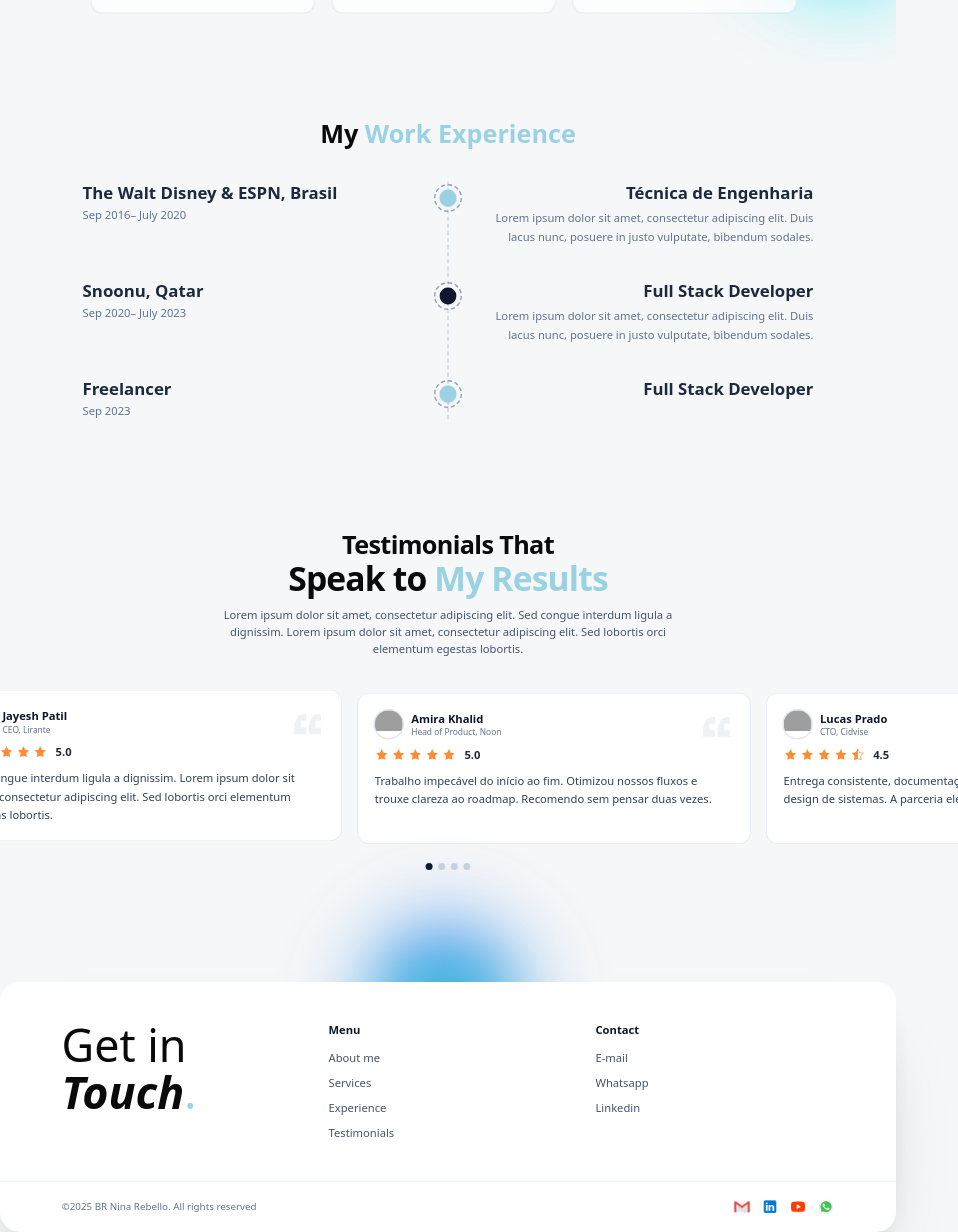
Repository: nina-rebello/portfolio
Page: /
The author's editor kept a copy of each file at every save. The page is drawn from the files as they stood at one save, then again after the next save.
The browser window is 1280 px wide. The page is 1368 px wide, then 1348 px, so the pictures cover 1368 px, including what lies to the right of the window. The pictures show the part of the page from y = 2037 to 3797 px (the page is 3797 px tall), at 70% of full size.
Pictures or frames that could not be fetched are drawn as grey boxes. The project was rebuilt for these pictures with package versions that can differ from the ones it lists, and the page was loaded fresh each time. Some packages were replaced by stand-ins written for this rebuild. The framework's server and built-in components were replaced by stand-ins that run in the browser. Also part of the build but not shown: next.config.ts.

Above is the page before, as saved 2025-09-12 13:24:06.

### app/page.tsx
// app/page.tsx
import Footer from "@/components/footer/Footer";
import Header from "@/components/header/Header";
import AboutMe from "@/components/sections/About";
import Hero from "@/components/sections/Hero";
import Projects from "@/components/sections/Projects";
import Services from "@/components/sections/Services";
import Testimonials from "@/components/sections/Testimonials";
import WorkExperience from "@/components/sections/WorkExperience";

export default function HomePage() {
  return (
    <>
      <Header />
      <main>
        <Hero />
        <AboutMe />
        <Services />
        <Projects />
        <WorkExperience />
        <Testimonials />
      </main>
      <Footer />
    </>
  );
}

### app/globals.css
@import "tailwindcss";
/* app/(styles)/header.css */
:root{
  --bg:#f6f7f8;           /* fundo clarinho do mock */
  --ink:#0a0a0a;          /* texto principal */
  --muted:#4b5563;        /* texto secundário */
  --pill:#ffffff;         /* fundo do header/cta pill */
  --brand:#9ad1e3;        /* azul do “Nina” e estrelas */
}

html,body{background:var(--bg); color:var(--ink);}

/* helpers */
.container-hero{max-width:1100px; margin-inline:auto; padding-inline:clamp(16px,3vw,28px);}
.glass{
  background:var(--pill);
  border:1px solid rgba(0,0,0,.08);
  box-shadow:0 6px 24px rgba(0,0,0,.08);
}
.btn-pill{
  border-radius:9999px; padding:10px 18px; font-weight:600;
  background:#111; color:#fff; border:1px solid rgba(255,255,255,.1);
  transition:transform .15s ease, box-shadow .15s ease, opacity .2s ease;
}
.btn-pill:hover{ transform:translateY(-1px); box-shadow:0 8px 24px rgba(0,0,0,.18);}
.nav-link{ padding:10px 14px; border-radius:12px; font-weight:600; }
.nav-link:hover{ background:rgba(0,0,0,.04); }

.no-scrollbar::-webkit-scrollbar{ display:none; }
.no-scrollbar{ -ms-overflow-style:none; scrollbar-width:none; }

### components/header/Header.tsx
"use client";

import Link from "next/link";
import { useState, useEffect } from "react";
import { Menu, X } from "lucide-react";

const NAV = [
  { label: "About", href: "#about" },
  { label: "Services", href: "#services" },
  { label: "Projects", href: "#projects" },
  { label: "Contact", href: "#contact" },
];

export default function Header() {
  const [open, setOpen] = useState(false);

  // fecha o menu ao navegar/scroll
  useEffect(() => {
    const close = () => setOpen(false);
    window.addEventListener("scroll", close);
    return () => window.removeEventListener("scroll", close);
  }, []);

  return (
    <header className="sticky top-7 z-50">
      <div className="container-hero">
        <div
          className="glass flex items-center justify-between rounded-[32px] px-4 sm:px-6 py-1.5"
          role="navigation"
          aria-label="Primary"
        >
          {/* logo / nome */}
          <Link href="/" className="font-bold tracking-tight text-xl sm:text-2xl">
            Nina
          </Link>

          {/* desktop nav */}
          <nav className="hidden md:flex items-center gap-1">
            {NAV.map((i) => (
              <a key={i.href} href={i.href} className="nav-link">
                {i.label}
              </a>
            ))}
          </nav>

          {/* CTA */}
          <div className="hidden md:block">
            <a href="#contact" className="btn-pill">Let’s Talk</a>
          </div>

          {/* mobile toggle */}
          <button
            aria-label="Abrir menu"
            className="md:hidden p-2 rounded-xl hover:bg-black/5"
            onClick={() => setOpen((v) => !v)}
          >
            {open ? <X /> : <Menu />}
          </button>
        </div>

        {/* mobile sheet */}
        {open && (
          <div className="md:hidden mt-2 glass rounded-3xl p-3">
            <nav className="grid gap-1">
              {NAV.map((i) => (
                <a
                  key={i.href}
                  href={i.href}
                  className="nav-link"
                  onClick={() => setOpen(false)}
                >
                  {i.label}
                </a>
              ))}
              <a href="#contact" className="btn-pill text-center mt-1">
                Let’s Talk
              </a>
            </nav>
          </div>
        )}
      </div>
    </header>
  );
}

### components/sections/About.tsx
export default function AboutMe() {
  return (
    <section id="about" className="bg-[#111] text-white  py-11 sm:py-15 mt-4 sm:mt-20">
      <div className="container-hero text-center">
        <h2 className="text-3xl sm:text-4xl font-extrabold mb-6">
          About Me
        </h2>
        <p className="max-w-2xl mx-auto text-lg text-gray-300 leading-relaxed">
          I’m a passionate website developer focused on building
          clean, responsive, and user-friendly websites.
          {/* <br /> */}
          With strong attention to detail and a love for design,
          I combine creativity with functionality.
        </p>
      </div>
    </section>
  );
}

### components/sections/Hero.tsx
import { Quote, Star } from "lucide-react";

function HelloBubble() {
  return (
    <div className="inline-flex items-center gap-2">
      <span className="inline-flex items-center justify-center rounded-full border px-4 py-2 text-sm font-semibold">
        Hello!
      </span>
    </div>
  );
}

export default function Hero() {
  return (
    <section className="pt-20 sm:pt-28">
      <div className="container-hero">
        {/* bloco principal */}
        <div className="text-center">
          <div className="mb-6 sm:mb-8">
            <HelloBubble />
          </div>

          <p className="text-4xl sm:text-5xl md:text-6xl font-bold tracking-tight">
            I’m{" "}
            <span style={{ color: "var(--brand)" }}>
              Nina
            </span>
            ,
          </p>
          <h1 className="mt-2 text-4xl sm:text-6xl md:text-7xl font-bold tracking-tight">
            Website Developer
          </h1>
        </div>

        {/* faixa inferior: quote esquerda / rating direita */}
        <div className="mt-16 grid grid-cols-1 md:grid-cols-2 gap-8 items-start">
          {/* quote */}
          <div className="flex gap-3">
            <div className="mt-1">
              <Quote className="text-[var(--brand)]" />
            </div>
            <div>
              <p className="font-semibold">
                Lorem ipsum dolor sit amet, consectetur adipiscing elit
              </p>
              <p className="text-[var(--muted)]">
                sed do eiusmod tempor incididunt ut labore et dolore magna aliqua.
              </p>
            </div>
          </div>

          {/* rating / experiência */}
          <div className="flex md:justify-end">
            <div className="text-right">
              <div className="flex justify-end gap-1 mb-2" aria-label="5 out of 5 stars">
                {Array.from({ length: 5 }).map((_, i) => (
                  <Star key={i} className="text-[var(--brand)]" fill="currentColor" size={22} />
                ))}
              </div>
              <div className="text-3xl sm:text-4xl font-bold">2 Years</div>
              <div className="text-[var(--muted)]">Experience</div>
            </div>
          </div>
        </div>
      </div>
    </section>
  );
}

### components/sections/Services.tsx
import Image from "next/image";

const services = [
  {
    icon: "/icons/icons8-source-code-96.png",
    title: "Software Development",
    desc: "Custom applications built to solve real problems.",
  },
  {
    icon: "/icons/icons8-internet-100.png",
    title: "Web Development",
    desc: "Modern, scalable and optimized websites.",
  },
  {
    icon: "/icons/icons8-web-100.png",
    title: "Web Design",
    desc: "In partnership with Luana Rebello, focused on elegant UI.",
  },
];

export default function Services() {
  return (
    <section id="services" className="relative overflow-hidden">
      {/* === gradientes de fundo === */}
      <div className="absolute inset-0 z-0 pointer-events-none select-none">
        <Image
          src="/gradients/light-leak-blur-transparent-free-png.png"
          alt=""
          width={1400}
          height={1000}
          className="absolute -top-10 left-200 w-[1000px] opacity-80"
          priority
        />
        <Image
          src="/gradients/blur-gradient.png"
          alt=""
          width={760}
          height={760}
          className="absolute top-44 right-230 w-[860px] opacity-70"
        />
      </div>

      {/* === faixa branca por cima dos gradientes === */}
      <div className="relative z-10 bg-white pt-20 pb-18 text-center">
        <div className="container-hero">
          <h2 className="text-3xl sm:text-4xl font-extrabold mb-6">Services</h2>
          <p className="max-w-3xl mx-auto text-gray-700">
            Lorem ipsum dolor sit amet consectetur. Mollis erat duis aliquam
            mauris est risus lectus. Phasellus consequat urna tellus
          </p>
        </div>
        {/* fade branco para transição suave */}
        <div className="absolute bottom-0 left-0 right-0 h-12 bg-gradient-to-b from-white to-transparent" />
      </div>

      {/* === grid de cards === */}
    <div className="relative z-10 container-hero py-16">
      <div className="grid gap-8 sm:grid-cols-2 lg:grid-cols-3">
        {services.map((s) => (
          <div
            key={s.title}
            className="rounded-2xl p-8 backdrop-blur-md bg-white/40
                      border border-black/10 shadow-[0_8px_24px_rgba(0,0,0,0.08)]
                      transition hover:shadow-[0_12px_32px_rgba(0,0,0,0.12)]"
          >
            <div className="flex flex-col items-start text-left">
              <Image
                src={s.icon}
                alt={s.title}
                width={50}
                height={50}
                className="mb-4 opacity-90"
              />
              <h3 className="font-semibold text-2xl mb-3">{s.title}</h3>
              <p className="text-gray-600 text-sm leading-relaxed">{s.desc}</p>
              {s.title === "Web Design" && (
                <p className="mt-4 text-xs text-gray-500">
                  Em parceria com Luana Rebello
                </p>
              )}
            </div>
          </div>
        ))}
      </div>
    </div>
    </section>
  );
}

### components/sections/Testimonials.tsx
"use client";

import { useEffect, useRef, useState } from "react";
import Image from "next/image";

type Testimonial = {
  id: string;
  name: string;
  role: string;
  avatar: string;  // caminho local em /public ou URL
  rating: number;  // 0–5
  text: string;
};

const DATA: Testimonial[] = [
  {
    id: "t1",
    name: "Jayesh Patil",
    role: "CEO, Lirante",
    avatar: "/avatars/jayesh.jpg",
    rating: 5,
    text:
      "Sed congue interdum ligula a dignissim. Lorem ipsum dolor sit amet, consectetur adipiscing elit. Sed lobortis orci elementum egestas lobortis.",
  },
  {
    id: "t2",
    name: "Amira Khalid",
    role: "Head of Product, Noon",
    avatar: "/avatars/amira.jpg",
    rating: 5,
    text:
      "Trabalho impecável do início ao fim. Otimizou nossos fluxos e trouxe clareza ao roadmap. Recomendo sem pensar duas vezes.",
  },
  {
    id: "t3",
    name: "Lucas Prado",
    role: "CTO, Cidvise",
    avatar: "/avatars/lucas.jpg",
    rating: 4.5,
    text:
      "Entrega consistente, documentação excelente e olho clínico para design de sistemas. A parceria elevou nosso padrão.",
  },
  {
    id: "t4",
    name: "Maha Al-Thani",
    role: "Program Director, Expo",
    avatar: "/avatars/maha.jpg",
    rating: 5,
    text:
      "Execução rápida e com muita atenção aos detalhes visuais. A experiência final ficou elegante e performance ótima.",
  },
];

function Stars({ value }: { value: number }) {
  const full = Math.floor(value);
  const half = value - full >= 0.5;
  const empty = 5 - full - (half ? 1 : 0);
  return (
    <div className="flex items-center gap-1">
      {Array.from({ length: full }).map((_, i) => (
        <svg key={"f" + i} viewBox="0 0 20 20" className="h-5 w-5" aria-hidden>
          <path d="M10 1.6l2.47 5.01 5.53.8-4 3.9.94 5.5L10 14.9 5.06 16.8 6 11.3l-4-3.9 5.53-.8L10 1.6z" fill="#ff8c32" />
        </svg>
      ))}
      {half && (
        <svg viewBox="0 0 20 20" className="h-5 w-5" aria-hidden>
          <defs>
            <linearGradient id="half">
              <stop offset="50%" stopColor="#ff8c32" />
              <stop offset="50%" stopColor="transparent" />
            </linearGradient>
          </defs>
          <path d="M10 1.6l2.47 5.01 5.53.8-4 3.9.94 5.5L10 14.9 5.06 16.8 6 11.3l-4-3.9 5.53-.8L10 1.6z" fill="url(#half)" stroke="#ff8c32" />
        </svg>
      )}
      {Array.from({ length: empty }).map((_, i) => (
        <svg key={"e" + i} viewBox="0 0 20 20" className="h-5 w-5" aria-hidden>
          <path d="M10 1.6l2.47 5.01 5.53.8-4 3.9.94 5.5L10 14.9 5.06 16.8 6 11.3l-4-3.9 5.53-.8L10 1.6z" fill="none" stroke="#ff8c32" />
        </svg>
      ))}
      <span className="ml-2 font-semibold text-slate-800">{value.toFixed(1)}</span>
    </div>
  );
}

export default function Testimonials() {
  const trackRef = useRef<HTMLDivElement | null>(null);
  const [active, setActive] = useState(0);

  // Atualiza card ativo com base no scroll
  useEffect(() => {
    const el = trackRef.current;
    if (!el) return;
    let rAF = 0;

    const update = () => {
      const { scrollLeft, clientWidth } = el;
      const idx = Math.round(scrollLeft / (clientWidth * 0.84)); // 84% = largura do card + gap
      setActive(idx);
    };

    const onScroll = () => {
      cancelAnimationFrame(rAF);
      rAF = requestAnimationFrame(update);
    };
    el.addEventListener("scroll", onScroll, { passive: true });
    return () => {
      el.removeEventListener("scroll", onScroll);
      cancelAnimationFrame(rAF);
    };
  }, []);

  // teclas ← →
  useEffect(() => {
    const onKey = (e: KeyboardEvent) => {
      if (e.key === "ArrowRight") go(1);
      if (e.key === "ArrowLeft") go(-1);
    };
    window.addEventListener("keydown", onKey);
    return () => window.removeEventListener("keydown", onKey);
  }, []);

  const go = (dir: -1 | 1) => {
    const el = trackRef.current;
    if (!el) return;
    const cards = el.querySelectorAll<HTMLDivElement>('[data-card="t"]');
    const next = Math.max(0, Math.min(cards.length - 1, active + dir));
    const target = cards[next];
    target?.scrollIntoView({ behavior: "smooth", inline: "center", block: "nearest" });
  };

  return (
    <section id="testimonials" className="relative py-20">
      <div className="mx-auto max-w-5xl px-4 sm:px-6">
        {/* Heading */}
        <div className="text-center">
          <h2 className="text-3xl sm:text-4xl font-extrabold tracking-tight">
            Testimonials That
          </h2>
          <h3 className="mt-1 text-3xl sm:text-5xl font-bold tracking-tight">
            Speak to <span className="text-[var(--brand,#8bd5e3)]">My Results</span>
          </h3>
          <p className="mx-auto mt-4 max-w-2xl text-slate-600">
            Lorem ipsum dolor sit amet, consectetur adipiscing elit. Sed congue interdum
            ligula a dignissim. Lorem ipsum dolor sit amet, consectetur adipiscing elit.
            Sed lobortis orci elementum egestas lobortis.
          </p>
        </div>



        {/* Track */}
        <div className="relative mt-10">


          {/* scroller */}
          <div
            ref={trackRef}
            className="no-scrollbar relative -mx-60 flex snap-x snap-mandatory scroll-pl-4 gap-6 overflow-x-auto px-4 py-2"
          >
            {DATA.map((t, i) => (
              <div
                key={t.id}
                data-card="t"
                className={`group relative w-[84%] min-w-[84%] max-w-[84%] snap-center rounded-2xl bg-white ring-1 ring-slate-200 transition-transform md:w-[560px] md:min-w-[560px] md:max-w-[560px] ${i === active ? "translate-y-0" : "translate-y-1"}`}
              >
                {/* quote mark */}
                <div className="pointer-events-none absolute right-6 top-6 opacity-30">
                  <svg viewBox="0 0 60 60" className="h-12 w-12">
                    <path
                      d="M18 12h10v12H18v12h10v12H6V36c0-6 2-12 6-18 4-6 10-6 12-6zm26 0h10v12H44v12h10v12H32V36c0-6 2-12 6-18 4-6 10-6 12-6z"
                      fill="#cbd5e1"
                    />
                  </svg>
                </div>

                <div className="p-5 sm:p-6">
                  {/* header */}
                  <div className="flex items-center gap-3">
                    <div className="h-10 w-10 overflow-hidden rounded-full ring-2 ring-slate-200">
                      <Image src={t.avatar} alt={t.name} width={40} height={40} />
                    </div>
                    <div>
                      <div className="font-semibold text-slate-900">{t.name}</div>
                      <div className="text-xs text-slate-500">{t.role}</div>
                    </div>
                  </div>

                  {/* rating */}
                  <div className="mt-3">
                    <Stars value={t.rating} />
                  </div>

                  {/* text */}
                  <p className="mt-3 leading-relaxed text-slate-700">
                    {t.text}
                  </p>
                </div>

                {/* subtle hover glow */}
              </div>
            ))}
          </div>

          {/* dots */}
          <div className="mt-6 flex justify-center gap-2">
            {DATA.map((_, i) => (
              <button
                key={i}
                aria-label={`Ir para depoimento ${i + 1}`}
                onClick={() => {
                  const el = trackRef.current?.querySelectorAll<HTMLDivElement>('[data-card="t"]')[i];
                  el?.scrollIntoView({ behavior: "smooth", inline: "center", block: "nearest" });
                }}
                className={`h-2.5 w-2.5 rounded-full transition ${i === active ? "bg-slate-900" : "bg-slate-300 hover:bg-slate-400"}`}
              />
            ))}
          </div>
        </div>
      </div>

      {/* gradient de fundo suave como no mock */}
      <div className="pointer-events-none absolute inset-x-0 bottom-0 -z-10 h-64 bg-[radial-gradient(60%_80%_at_50%_0%,rgba(139,213,227,0.35),rgba(139,213,227,0)_60%)]" />

      <style jsx global>{`
        .no-scrollbar { scrollbar-width: none; }
        .no-scrollbar::-webkit-scrollbar { display: none; }
      `}</style>
    </section>
  );
}

Loaded but not shown: app/layout.tsx (common file); components/sections/Projects.tsx (280 lines, source omitted); components/sections/WorkExperience.tsx (176 lines, source omitted); components/footer/Footer.tsx (79 lines, source omitted)

After the next save:
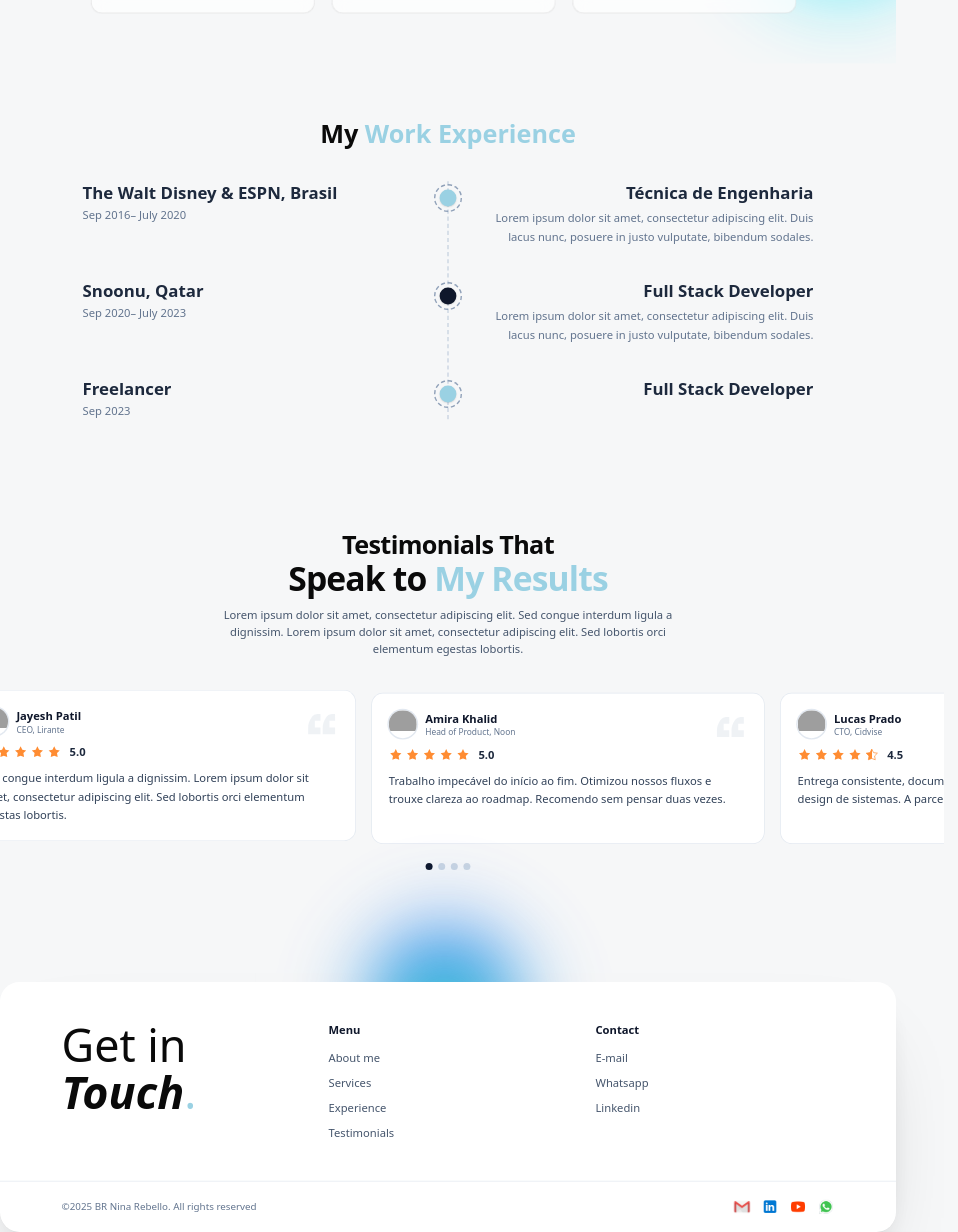
Saved 6 s later.
--- a/components/sections/Testimonials.tsx
+++ b/components/sections/Testimonials.tsx
@@ -156,7 +156,7 @@ export default function Testimonials() {
           {/* scroller */}
           <div
             ref={trackRef}
-            className="no-scrollbar relative -mx-60 flex snap-x snap-mandatory scroll-pl-4 gap-6 overflow-x-auto px-4 py-2"
+            className="no-scrollbar relative -mx-55 flex snap-x snap-mandatory scroll-pl-4 gap-6 overflow-x-auto px-4 py-2"
           >
             {DATA.map((t, i) => (
               <div
